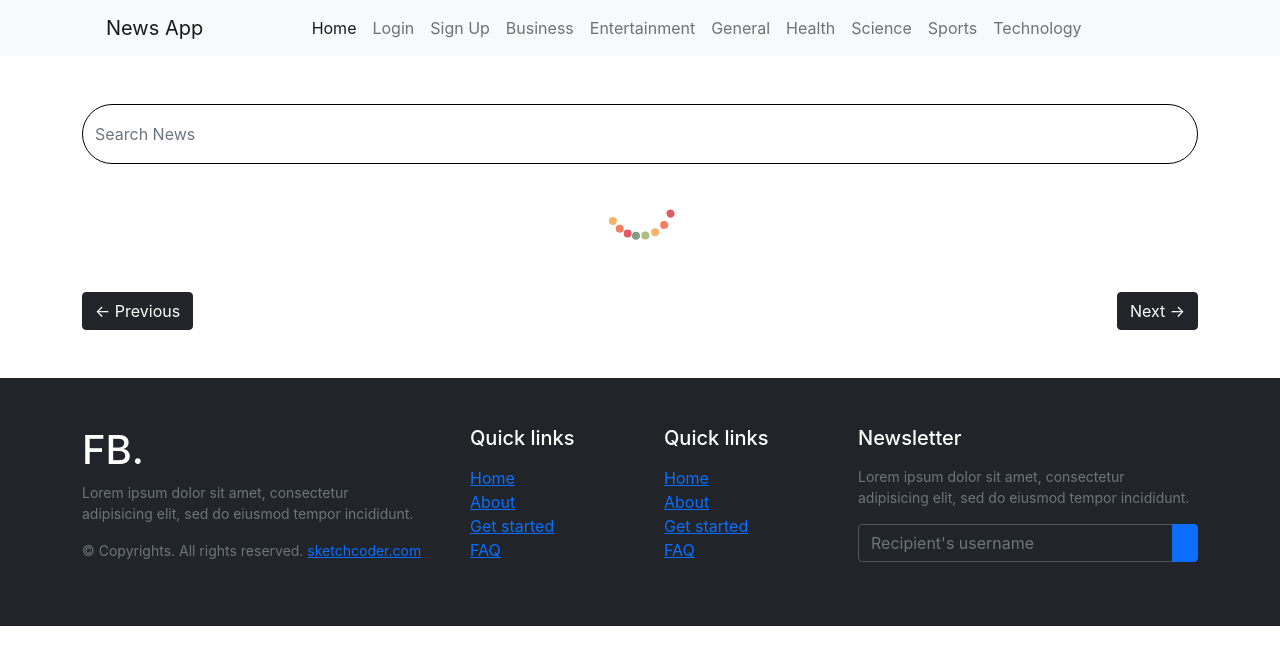
Repository: ZainAkbar51214/News-Site
Page: /
An editor plug-in stored every save of this project. The page is shown before and after the next save, followed by the edit.
The browser window is 1280 px wide. The pictures show the whole page.
The page's requests for data from a server got no answer. The project was rebuilt for these pictures with package versions that can differ from the ones it lists, and the page was loaded fresh each time. No one was signed in, and anything a server would have sent is missing. Also part of the build but not shown: src/Components/pages/Login.jsx, src/Components/pages/SignUp.jsx, src/Components/Layouts/NewsItem.js.

Above is the page before, as saved 2023-12-18 04:39:34.

### public/index.html
<!DOCTYPE html>
<html lang="en">
  <head>
    <meta charset="utf-8" />
    <link rel="icon" href="%PUBLIC_URL%/favicon.ico" />
    <meta name="viewport" content="width=device-width, initial-scale=1" />
    <meta name="theme-color" content="#000000" />
    <meta
      name="description"
      content="Web site created using create-react-app"
    />
    <link rel="apple-touch-icon" href="%PUBLIC_URL%/logo192.png" />

    <link rel="manifest" href="%PUBLIC_URL%/manifest.json" />

    <title>News App</title>
    <!-- Bootstrap cdn -->
    <link href="https://cdn.jsdelivr.net/npm/bootstrap@5.0.2/dist/css/bootstrap.min.css" rel="stylesheet" integrity="sha384-EVSTQN3/azprG1Anm3QDgpJLIm9Nao0Yz1ztcQTwFspd3yD65VohhpuuCOmLASjC" crossorigin="anonymous">
  </head>
  <body>
    <noscript>You need to enable JavaScript to run this app.</noscript>
    <div id="root"></div>


    <!-- Bootstrap Script -->
    <script src="https://cdn.jsdelivr.net/npm/@popperjs/core@2.9.2/dist/umd/popper.min.js" integrity="sha384-IQsoLXl5PILFhosVNubq5LC7Qb9DXgDA9i+tQ8Zj3iwWAwPtgFTxbJ8NT4GN1R8p" crossorigin="anonymous"></script>
<script src="https://cdn.jsdelivr.net/npm/bootstrap@5.0.2/dist/js/bootstrap.min.js" integrity="sha384-cVKIPhGWiC2Al4u+LWgxfKTRIcfu0JTxR+EQDz/bgldoEyl4H0zUF0QKbrJ0EcQF" crossorigin="anonymous"></script>
  </body>
</html>

### src/App.js
import React from "react";
import {
  BrowserRouter as Router,
  Switch,
  Route
} from "react-router-dom";
import Navbar from './Components/Header/Navbar';
import Footer from './Components/Footer/Footer';
import Login from "./Components/pages/Login";
import SignUp from "./Components/pages/SignUp";
import News from "./Components/Layouts/News";

function App() {
  return (
    <Router>
      <Navbar />
        <Switch>
          <Route path="/" exact><News key="general" pageSize={5} country="in" category="general" /></Route>
          <Route path="/business" exact><News key="business" pageSize={5} country="in" category="business" /></Route>
          <Route path="/entertainment" exact><News key="entertainment" pageSize={5} country="in" category="entertainment" /></Route>
          <Route path="/health" exact><News key="health" pageSize={5} country="in" category="health" /></Route>
          <Route path="/science" exact><News key="science" pageSize={5} country="in" category="science" /></Route>
          <Route path="/sports" exact><News key="sports" pageSize={5} country="in" category="sports" /></Route>
          <Route path="/technology" exact><News key="technology" pageSize={5} country="in" category="technology" /></Route>
          <Route path="/login">
            <Login />
          </Route>
          <Route path="/sign-up">
            <SignUp />
          </Route>
        </Switch>
      <Footer />
  </Router>
  );
}

export default App;

### src/Components/Header/Navbar.jsx
import React, { Component } from 'react';
import { Link } from 'react-router-dom';

class Navbar extends Component {
    render() {
        return (
            <div>
                <div className="container-fluid bg-light">
                <div className="container">
                    <div className="row">
                        <div className="col-md-12">
                            <nav className="navbar navbar-expand-lg navbar-light">
                                <div className="container-fluid">
                                    <Link className="navbar-brand" to="/">News App</Link>
                                    <button className="navbar-toggler" type="button" data-bs-toggle="collapse" data-bs-target="#navbarSupportedContent" aria-controls="navbarSupportedContent" aria-expanded="false" aria-label="Toggle navigation">
                                        <span className="navbar-toggler-icon"></span>
                                    </button>
                                    <div className="collapse navbar-collapse" id="navbarSupportedContent">
                                        <ul className="navbar-nav mx-auto mb-2 mb-lg-0">
                                            <li className="nav-item">
                                                <Link className="nav-link active" aria-current="page" to="/">Home</Link>
                                            </li>
                                            <li className="nav-item">
                                                <Link className="nav-link" to="/login">Login</Link>
                                            </li>
                                            <li className="nav-item">
                                                <Link className="nav-link" to="/sign-up">Sign Up</Link>
                                            </li>
                                            <li className="nav-item">
                                                <Link className="nav-link" to="/business">Business</Link>
                                            </li>
                                            <li className="nav-item">
                                                <Link className="nav-link" to="/entertainment">Entertainment</Link>
                                            </li>
                                            <li className="nav-item">
                                                <Link className="nav-link" to="/">General</Link>
                                            </li>
                                            <li className="nav-item">
                                                <Link className="nav-link" to="/health">Health</Link>
                                            </li>
                                            <li className="nav-item">
                                                <Link className="nav-link" to="/science">Science</Link>
                                            </li>
                                            <li className="nav-item">
                                                <Link className="nav-link" to="/sports">Sports</Link>
                                            </li>
                                            <li className="nav-item">
                                                <Link className="nav-link" to="/technology">Technology</Link>
                                            </li>
                                        </ul>
                                    </div>
                                </div>
                            </nav>
                        </div>
                    </div>
                </div>
            </div>
            </div>
        );
    }
}

export default Navbar;

### src/Components/Footer/Footer.jsx
import React from "react";
import { Link } from "react-router-dom";
import '../Footer/Footer.css';

const Navbar = () => {
    return (
        <>
            <div className="d-flex flex-column h-100" style={{overflow: 'hidden'}}>
                {/* <!-- FOOTER --> */}
                <footer className="w-100 py-4 flex-shrink-0">
                    <div className="container py-4">
                        <div className="row gy-4 gx-5">
                            <div className="col-lg-4 col-md-6">
                                <h5 className="h1 text-white">FB.</h5>
                                <p className="small text-muted">Lorem ipsum dolor sit amet, consectetur adipisicing elit, sed do eiusmod tempor incididunt.</p>
                                <p className="small text-muted mb-0">&copy; Copyrights. All rights reserved. <Link className="text-primary" to="https://sketchcoder.com" target="_blank">sketchcoder.com</Link></p>
                            </div>
                            <div className="col-lg-2 col-md-6">
                                <h5 className="text-white mb-3">Quick links</h5>
                                <ul className="list-unstyled text-muted">
                                    <li><Link to="#">Home</Link></li>
                                    <li><Link to="#">About</Link></li>
                                    <li><Link to="#">Get started</Link></li>
                                    <li><Link to="#">FAQ</Link></li>
                                </ul>
                            </div>
                            <div className="col-lg-2 col-md-6">
                                <h5 className="text-white mb-3">Quick links</h5>
                                <ul className="list-unstyled text-muted">
                                    <li><Link to="#">Home</Link></li>
                                    <li><Link to="#">About</Link></li>
                                    <li><Link to="#">Get started</Link></li>
                                    <li><Link to="#">FAQ</Link></li>
                                </ul>
                            </div>
                            <div className="col-lg-4 col-md-6">
                                <h5 className="text-white mb-3">Newsletter</h5>
                                <p className="small text-muted">Lorem ipsum dolor sit amet, consectetur adipisicing elit, sed do eiusmod tempor incididunt.</p>
                                <form action="#">
                                    <div className="input-group mb-3">
                                        <input className="form-control" type="text" placeholder="Recipient's username" aria-label="Recipient's username" aria-describedby="button-addon2" />
                                        <button className="btn btn-primary" id="button-addon2" type="button"><i className="fas fa-paper-plane"></i></button>
                                    </div>
                                </form>
                            </div>
                        </div>
                    </div>
                </footer>
            </div>
        </>
    )
}

export default Navbar;

### src/Components/Layouts/News.js
import React, { Component } from 'react';
import NewsItem from './NewsItem';
import Spinner from '../Spinner';
import PropTypes from 'prop-types';

class News extends Component {

    static defaultProps = {
        country: 'in',
        pageSize: 8,
        category: 'general'
      }
    static propTypes = {
        country: PropTypes.string,
        pageSize: PropTypes.number,
        category: PropTypes.string,

      }

    constructor(){
        super();
        this.state = {
            articles: [],
            loading: false,
            page: 1
        }
    }

    async componentDidMount(){
        let url =    `https://newsapi.org/v2/top-headlines?country=${this.props.country}&category=${this.props.category}&apiKey=e5869a5b7afe45f0975749f435cea4b5&page=${this.state.page - 1}&pageSize=${this.props.pageSize}`;
        this.setState({loading: true});
        let data = await fetch(url);
        let passData = await data.json();
        console.log(passData);
        this.setState({
            articles: passData.articles,
            totalResults: passData.totalResults,
            loading: false
        })

    }

    handPrevClick = async () => {
        console.log("prev");
        let url =    `https://newsapi.org/v2/top-headlines?country=${this.props.country}&category=${this.props.category}&apiKey=e5869a5b7afe45f0975749f435cea4b5&page=${this.state.page - 1}&pageSize=${this.props.pageSize}`;
        this.setState({loading: true});
        let data = await fetch(url);
        let passData = await data.json();
        console.log(passData);

        this.setState({
            page: this.state.page - 1,
            articles: passData.articles,
            loading: false
        })
    }
    handNextClick = async () => {
        console.log("Next");
        if(!(this.state.page + 1 > Math.ceil(this.state.totalResults/this.props.pageSize))){

        let url =  `https://newsapi.org/v2/top-headlines?country=${this.props.country}&category=${this.props.category}&apiKey=e5869a5b7afe45f0975749f435cea4b5&page=${this.state.page + 1}&pageSize=${this.props.pageSize}`;
        this.setState({loading: true});
        let data = await fetch(url);
        let passData = await data.json();
        console.log(passData);

        this.setState({
            page: this.state.page + 1,
            articles: passData.articles,
            loading: false
        })
        }
    }



    render() {
        return (
            <div className='container-fluid'>
                <div className='container'>
                    <div className='row'>
                        <div className='col-lg-12 mt-5'>
                            <input type='search' placeholder='Search News' className='form-control form-news' />
                        </div>
                    </div>
                    {
                        this.state.loading &&
                        <div className='row'>
                            <div className='col-lg-12 text-center'>
                                <Spinner />
                            </div>
                        </div>
                    }
                    <div className='row'>
                        {!this.state.loading && this.state.articles.map((element) => {
                           return element.urlToImage?<div className='col-lg-4 col-md-6 mt-5' key={element.url}>
                           <NewsItem title={element.title?element.title.slice(0, 45): ""} description={element.description?element.description.slice(0, 86): ""} imageUrl={element.urlToImage} newsUrl={element.url} />
                       </div>
                       :""
                        })}

                    </div>

                   <div className='row'>
                   <div className='col-lg-12 d-flex justify-content-between mt-5 mb-5'>
                        <button disabled={this.state.page<1} type='button' className='btn btn-dark' onClick={this.handPrevClick}>&larr; Previous</button>
                        <button disabled={this.state.page + 1 > Math.ceil(this.state.totalResults/this.props.pageSize)} type='button' className='btn btn-dark' onClick={this.handNextClick}>Next &rarr;</button>
                    </div>
                   </div>
                </div>
            </div>
        );
    }
}

export default News;

### src/Components/Footer/Footer.css
/* ==========================================
    FOR DEMO PURPOSE
  ========================================== */

  .text-small {
    font-size: 0.9rem;
  }

  .form-control {
    background: #212529;
    border-color: #545454;
  }

  .form-control:focus {
    background: #212529;
  }

  footer {
    background: #212529;
  }

### src/Components/Spinner.jsx
import React, { Component } from 'react';
import loading from '../img/index.svg';

class Spinner extends Component {
    render() {
        return (
            <div>
                <img src={loading} alt="loading" />
            </div>
        );
    }
}

export default Spinner;

### src/App.css
.App {
  text-align: center;
}

.App-logo {
  height: 40vmin;
  pointer-events: none;
}

@media (prefers-reduced-motion: no-preference) {
  .App-logo {
    animation: App-logo-spin infinite 20s linear;
  }
}

.App-header {
  background-color: #282c34;
  min-height: 100vh;
  display: flex;
  flex-direction: column;
  align-items: center;
  justify-content: center;
  font-size: calc(10px + 2vmin);
  color: white;
}

.App-link {
  color: #61dafb;
}

@keyframes App-logo-spin {
  from {
    transform: rotate(0deg);
  }
  to {
    transform: rotate(360deg);
  }
}

/* Login Css */
.bg-login{
  background: rgb(34,193,195);
  background: linear-gradient(135deg, rgba(34,193,195,1) 0%,     rgba(253,187,45,1) 100%);
  font-family: "work sans";
  padding: 100px 0;
  display: flex;
  justify-content: center;
}
#loginform{
  max-width: 500px;
  min-width: 300px;
  width: 30%;
  background-color: #FFFFFF;
  border-radius: 25px;
}

#headerTitle{
  text-align: center;
  font-family: 'open sans', sans-serif;
  padding: 2rem 0;
  margin: 0;
  font-size: 2rem;
}

.row-lab{
  display: flex;
  flex-direction: column;
  align-items: center;
  padding-top: 2rem;
  max-width: 100%;

}

.row-lab input{
  width: 80%;
  box-sizing: border-box;
	border: none;
  font-size: 1.3rem;
  padding-left: 1.5rem;
  padding-bottom: 1rem;
  box-shadow: inset 0px -3px 0px 0px rgba(187,187,187,0.2);
  transition: box-shadow 0.2s ease-in;
}

.row-lab input:focus{
   box-shadow: inset 0px -3px 0px 0px rgba(34,193,195,0.7);
   outline: none;
}

.row-lab input::-webkit-input-placeholder{
  opacity: 1;
  transition: opacity 0.25s ease-out;
}

.row-lab input:hover::-webkit-input-placeholder,
.row-lab input:focus::-webkit-input-placeholder{
  opacity: 0;
}

.row-lab label{
  align-self: start;
  padding-left: 4.5rem;
  padding-bottom: 0.5rem;
  color: rgba(187,187,187,0.9);
}

.row-lab button{
  border-radius: 25px;
  width: 80%;
  height: 40px;
  font-size: 1.3rem;
  color: white;
  font-weight: 700;
  background: rgb(34,193,195);
  background: linear-gradient(90deg, rgba(34,193,195,1) 0%,     rgba(253,187,45,1) 100%);
  border: 0px;
  cursor: pointer;
  transition: opacity 0.25s ease-out;
}

.row-lab button:hover{
  opacity: 0.8;
}

#button{
  padding-bottom: 1.5rem;
}

#facebookIcon{
  background-image:      url("https://image.flaticon.com/icons/svg/145/145802.svg");
  background-repeat: no-repeat;
  width: 3rem;
  height: 3rem;
}

#twitterIcon{
  background-image: url("https://image.flaticon.com/icons/svg/145/145812.svg");
  background-repeat: no-repeat;
  width: 3rem;
  height: 3rem;
}

#googleIcon{
  background-image: url("https://image.flaticon.com/icons/svg/145/145804.svg");
  background-repeat: no-repeat;
  width: 3rem;
  height: 3rem;
}

#iconGroup{
  display: flex;
  justify-content: center;
  padding: 2rem 0;
}

#iconGroup a{
  margin: 0 0.6rem;
}

#alternativeLogin {
   text-align: center;
   padding-top: 2rem;
   margin-top: 1.5rem;
}


/* News Css start */
.form-news{
  height: 60px;
  border-radius: 100px;
  background-color: transparent;
  border: 1px solid #000;
}

Loaded but not shown: src/index.js (common file); src/index.css (common file); src/reportWebVitals.js (common file)

After the next save:
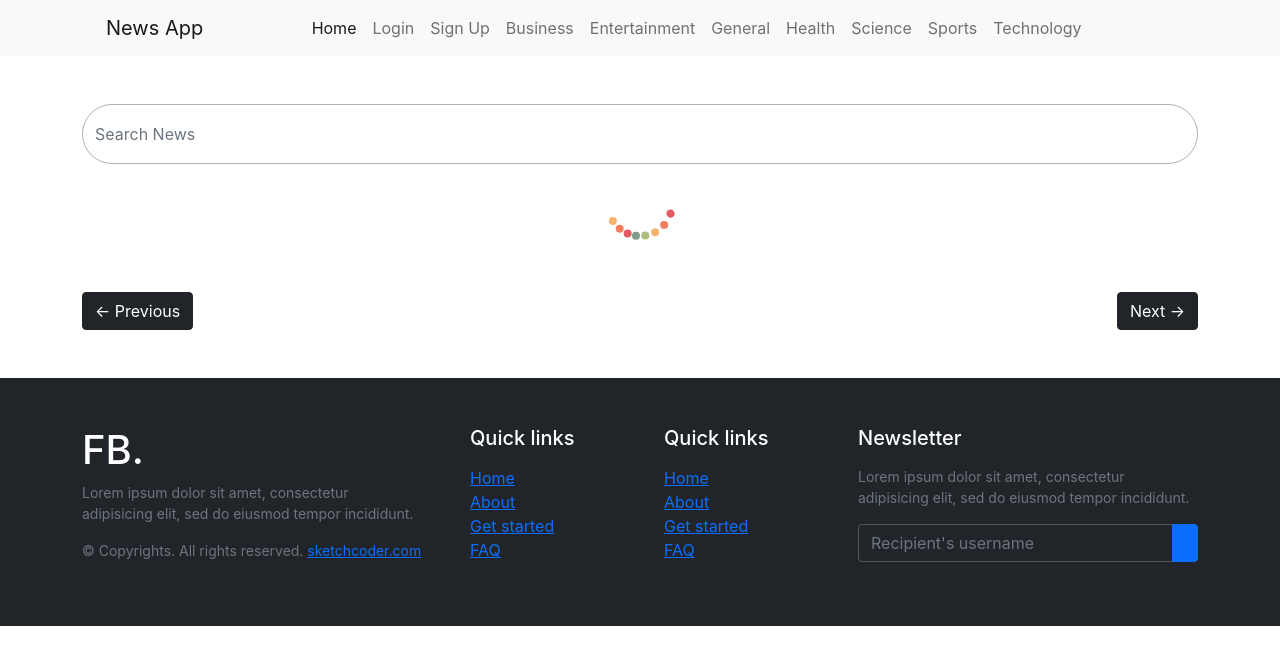
Saved 20 s later.
--- a/src/App.css
+++ b/src/App.css
@@ -169,5 +169,5 @@
   height: 60px;
   border-radius: 100px;
   background-color: transparent;
-  border: 1px solid #000;
+  border: 1px solid rgb(0, 0, 0, 0.3);
 }
